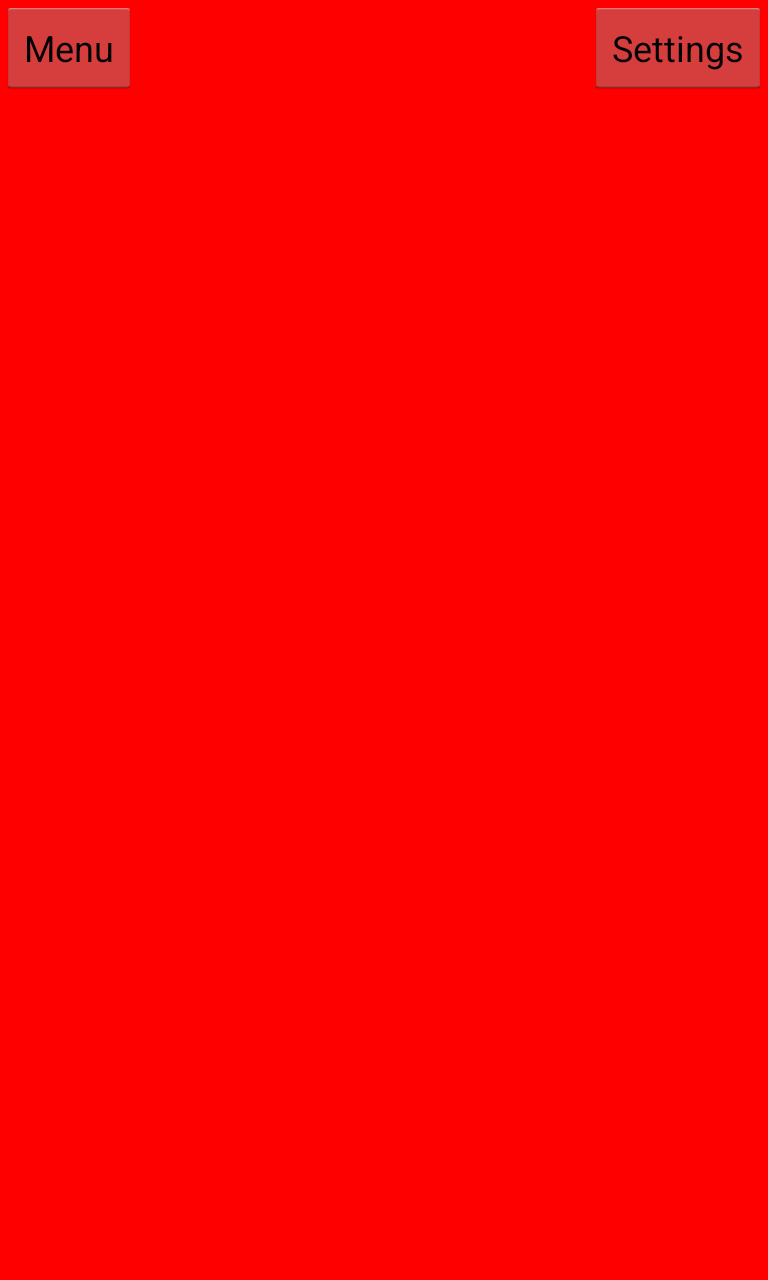
Repository: sbobra/women-startupweekend-sf
Layout: LaundryList/res/layout/activity_explore.xml
The author's editor kept a copy of each file at every save. The layout is drawn from the files as they stood at one save, then again after the next save.
It is drawn on a 768 x 1280 px phone screen (xhdpi) without system bars, with theme AppTheme; the app's code is not run. Lists and similar views that code fills are empty.

Above is the layout before, as saved 2013-09-15 03:24:32.

### LaundryList/res/layout/activity_explore.xml
<!--
  Copyright 2012 The Android Open Source Project

  Licensed under the Apache License, Version 2.0 (the "License");
  you may not use this file except in compliance with the License.
  You may obtain a copy of the License at

      http://www.apache.org/licenses/LICENSE-2.0

  Unless required by applicable law or agreed to in writing, software
  distributed under the License is distributed on an "AS IS" BASIS,
  WITHOUT WARRANTIES OR CONDITIONS OF ANY KIND, either express or implied.
  See the License for the specific language governing permissions and
  limitations under the License.
-->
<LinearLayout xmlns:android="http://schemas.android.com/apk/res/android"
    xmlns:tools="http://schemas.android.com/tools"
    android:layout_width="match_parent"
    android:layout_height="match_parent"
    android:orientation="vertical" >

    <RelativeLayout
        android:layout_width="match_parent"
        android:layout_height="wrap_content"
        android:background="@color/red" >

        <Button
            android:id="@+id/menuButton"
            android:layout_width="wrap_content"
            android:layout_height="wrap_content"
            android:layout_alignParentLeft="true"
            android:text="Menu" />

        <Button
            android:id="@+id/settingsButton"
            android:layout_width="wrap_content"
            android:layout_height="wrap_content"
            android:layout_alignParentRight="true"
            android:text="Settings" />

        <LinearLayout
            android:layout_width="200;"
            android:layout_height="match_parent"
            android:orientation="horizontal" >

            <ImageView
                android:id="@+id/imageView2"
                android:layout_width="50dp"
                android:layout_height="50dp"
                android:layout_centerVertical="true"
                android:layout_toRightOf="@+id/menuButton"
                android:src="@drawable/redbutton" />

            <ImageView
                android:id="@+id/imageView2"
                android:layout_width="50dp"
                android:layout_height="50dp"
                android:layout_centerVertical="true"
                android:layout_toRightOf="@+id/menuButton"
                android:src="@drawable/greenbutton" />

            <ImageView
                android:id="@+id/imageView2"
                android:layout_width="50dp"
                android:layout_height="50dp"
                android:layout_centerVertical="true"
                android:layout_toRightOf="@+id/menuButton"
                android:src="@drawable/redbutton" />
        </LinearLayout>
    </RelativeLayout>

    <android.support.v4.view.ViewPager
        android:id="@+id/pager"
        android:layout_width="match_parent"
        android:layout_height="match_parent" />

</LinearLayout>

### LaundryList/res/values/strings.xml
<!--
  Copyright 2012 The Android Open Source Project

  Licensed under the Apache License, Version 2.0 (the "License");
  you may not use this file except in compliance with the License.
  You may obtain a copy of the License at

      http://www.apache.org/licenses/LICENSE-2.0

  Unless required by applicable law or agreed to in writing, software
  distributed under the License is distributed on an "AS IS" BASIS,
  WITHOUT WARRANTIES OR CONDITIONS OF ANY KIND, either express or implied.
  See the License for the specific language governing permissions and
  limitations under the License.
-->

<resources xmlns:xliff="urn:oasis:names:tc:xliff:document:1.2">

    <string name="hello_world">Hello World</string>
    <!-- Titles -->
    <string name="app_name">Animations Demo</string>
    <string name="title_crossfade">Simple Crossfade</string>
    <string name="title_card_flip">Card Flip</string>
    <string name="title_screen_slide">Screen Slide</string>
    <string name="title_zoom">Zoom</string>
    <string name="title_layout_changes">Layout Changes</string>
    <string name="title_template_step">Page <xliff:g id="step_number">%1$d</xliff:g>: Lorem
        Ipsum</string>
    <string name="title_template_explore">EXPLORE</string>
    <string name="title_template_home">HOME</string>
    <string name="title_template_goal">NEW GOAL</string>

    <!-- Actions -->
    <string name="action_toggle">Toggle indicator</string>
    <string name="action_add_item">Add item</string>
    <string name="action_remove_item">Remove item</string>
    <string name="action_previous">Previous</string>
    <string name="action_next">Next</string>
    <string name="action_finish">Finish</string>
    <string name="action_info">Photo info</string>
    <string name="action_photo">View photo</string>

    <!-- Messages -->
    <string name="message_empty_layout_changes">Add an item above to get started.</string>
    <string name="message_zoom_touch_expand">Touch a photo to expand it.</string>

    <!-- Accessibility-only descriptions -->
    <string name="description_image_1">Image 1</string>
    <string name="description_image_2">Image 2</string>
    <string name="description_zoom_touch_close">Expanded image (touch to close)</string>

    <!-- Other strings -->
    <string name="card_back_title">Angry Red Android</string>
    <string name="card_back_description"><![CDATA[Lorem ipsum dolor sit]]></string>
    <string name="lorem_ipsum"><![CDATA[Lorem ipsum dolor sit amet, consectetur adipiscing elit. Mauris et magna ut erat elementum cursus in quis ipsum. Nam faucibus ultrices eros, vel tempor leo semper sit amet. Duis magna quam, congue vitae interdum nec, condimentum ut lectus. Sed commodo venenatis eros a dignissim. Nunc adipiscing turpis nec magna venenatis at ultricies ipsum bibendum. Sed volutpat urna quis nisi vulputate egestas. Etiam eu dui a enim lacinia dapibus. Pellentesque habitant morbi tristique senectus et netus et malesuada fames ac turpis egestas.\n\nPhasellus orci mi, eleifend nec congue id, volutpat at neque. Cum sociis natoque penatibus et magnis dis parturient montes, nascetur ridiculus mus. Integer semper velit vel leo rutrum sed fermentum elit porta.]]></string>


    <color name="red">#FF0000</color>

</resources>

Loaded but not shown: LaundryList/res/values/styles.xml (common file); LaundryList/res/values-v11/styles.xml (common file); LaundryList/res/values-v14/styles.xml (common file)

After the next save:
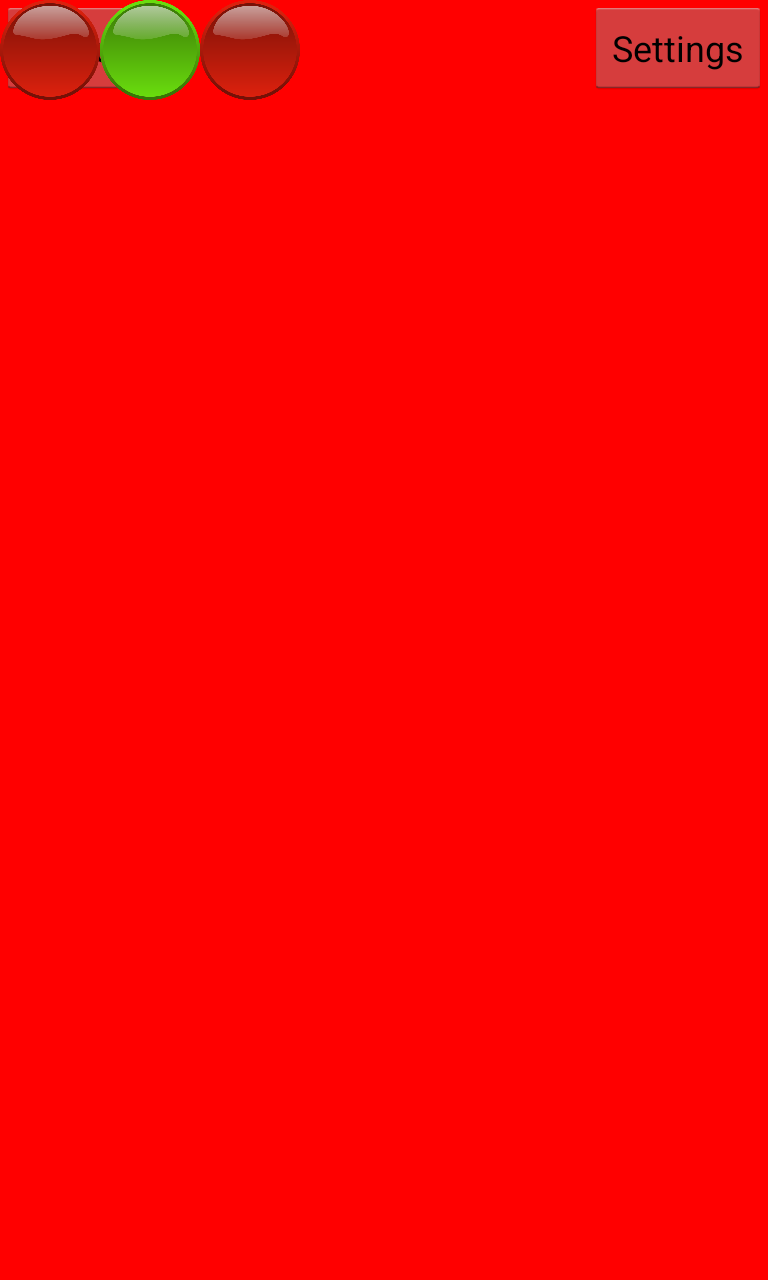
Saved 11 s later.
--- a/LaundryList/res/layout/activity_explore.xml
+++ b/LaundryList/res/layout/activity_explore.xml
@@ -39,7 +39,7 @@
             android:text="Settings" />
 
         <LinearLayout
-            android:layout_width="200;"
+            android:layout_width="200dp"
             android:layout_height="match_parent"
             android:orientation="horizontal" >
 
